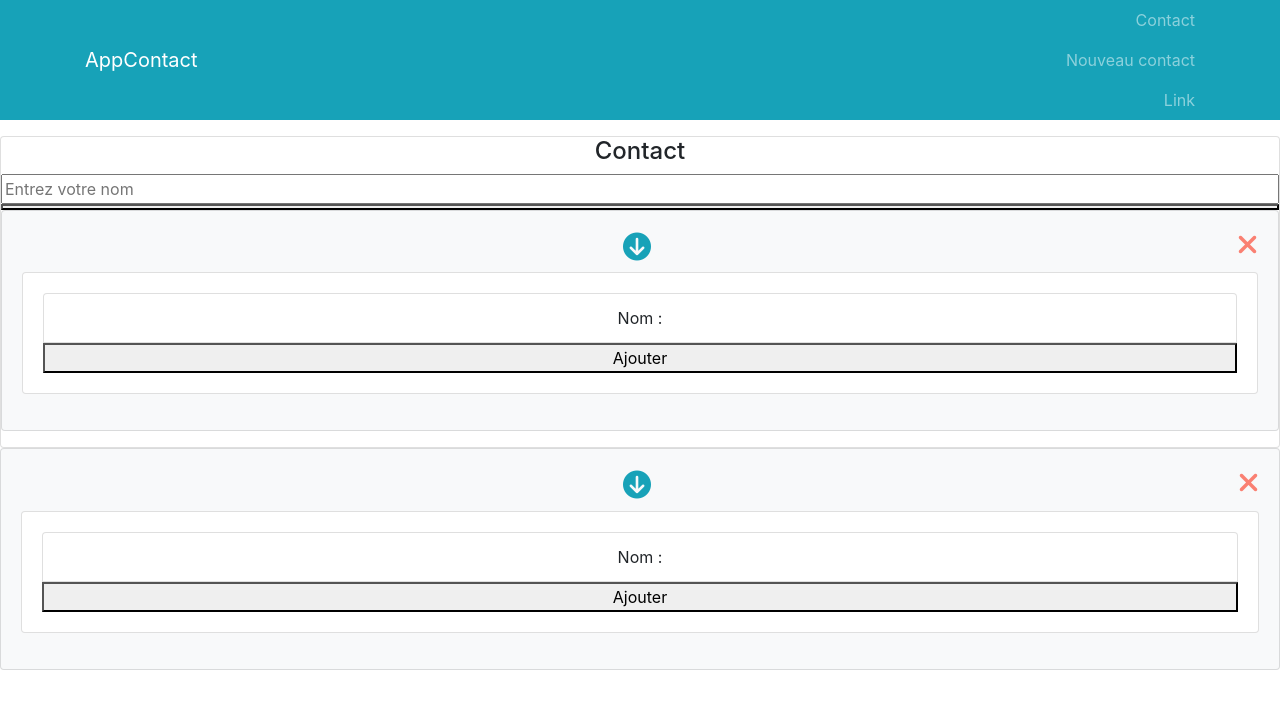
Repository: romgrm/appContact
Page: /
The author's editor kept a copy of each file at every save. The page is drawn from the files as they stood at one save, then again after the next save.
The browser window is 1280 px wide. The pictures show the whole page.
Some web libraries are served in a nearby version. The project was rebuilt for these pictures with package versions that can differ from the ones it lists, and the page was loaded fresh each time. Also part of the build but not shown: src/Components/Liste.js.

Above is the page before, as saved 2020-12-03 16:23:58.

### public/index.html
<!DOCTYPE html>
<html lang="en">
  <head>
    <meta charset="utf-8" />
    <link rel="icon" href="%PUBLIC_URL%/favicon.ico" />
    <meta name="viewport" content="width=device-width, initial-scale=1" />
    <meta name="theme-color" content="#000000" />
    <meta
      name="description"
      content="Web site created using create-react-app"
    />
    <link rel="apple-touch-icon" href="%PUBLIC_URL%/logo192.png" />

    <link rel="manifest" href="%PUBLIC_URL%/manifest.json" />

    <title>React App</title>
  </head>
  <body>
    <noscript>You need to enable JavaScript to run this app.</noscript>
    <div id="root"></div>
    <script src="https://kit.fontawesome.com/f66925acc9.js" crossorigin="anonymous"></script>

  </body>
</html>

### src/App.js
import Header from './Components/Header'
import Liste from './Components/Liste'
import Contact from './Components/Contact'

import 'bootstrap/dist/css/bootstrap.min.css'
import AddContact from './Components/AddContact'


function App() {
  return (
    <div className="App">
       <Header />
      <AddContact />
      <Contact />
      {/* // <div className="container pt-4">
      //   <Contact />
      // </div> */}
    </div>
  );
}

export default App;

### src/Components/Header.js
import React, { Component } from 'react'

export default class Header extends Component {
    render() {
        return (
            <React.Fragment>
                <nav className="navbar navbar-dark bg-info mb-3 py-0">
                    <div className="container">
                        <a href="/" className="navbar-brand">AppContact</a>
                        <ul className="navbar-nav">
                            <li className="nav-item ml-auto">
                                <a className="nav-link " href="#">Contact</a>
                            </li>
                            <li className="nav-item ml-auto">
                                <a className="nav-link" href="#">Nouveau contact</a>
                            </li>
                            <li className="nav-item ml-auto">
                                <a className="nav-link" href="#">Link</a>
                            </li>
                        </ul>
                    </div>
                </nav>

            </React.Fragment>

        )
    }
}

### src/Components/Contact.js
import React, { Component } from 'react'

export default class Contact extends Component {

    state = {
        show: true,

    }



    // onChange = (event) => {
    //     this.setState({
    //         nom: event.target.value
    //     })
    //     //console.log(this.state.entreeClavier)
    // }

    // onSubmit = (event) => {
    //     event.preventDefault();
    //     this.setState({
    //         nom: '',
    //         nom: this.state.nom

    //     })
    // }

    // Fonction qui permet de faire l'inverse de show (tips: on fait une fonction flechée car les fonctions simple ne peuvent être référencées avec le this.nomdelafunction)
    display = () => {
        this.setState({
            show: !this.state.show
        }, console.log(this.state.show))
    }

    // Fonction qui permet de récupérer la fonction anonyme Delete() qui va permettre de supprimer un contact via son Id (l'id courant) et cette function va elle-même s'executer via le clic sur la croix
    // deleteContact = () => {
    //     this.props.Delete()
    // }

    render() {
        return (
            <div className="card card-body bg-light text-center mb-3">
                <p className="h3">{this.props.Contact}&nbsp; <i style={{cursor: 'pointer', color: '#18A2B8'}} className="fas fa-arrow-circle-down"
                onClick={this.display}></i>
                <i className="fas fa-times" style={{float:'right', cursor: 'pointer', color: 'salmon'}}
                // onClick={this.deleteContact}
                ></i>
                </p>
                {/*Opération ternaire qui permet de dire : est ce que le show de state est 'true' ? si oui, affiche moi les données, si non, return null, donc cache les */}
                {this.state.show ? (
                    <ul className="card card-body">
                    <li className="list-group-item"> Nom : {this.props.data}</li>
                    <button onClick={this.onSubmit}> Ajouter</button>
                    {/* <li className="list-group-item"> Prénom : {this.props.Prenom}</li>
                    <li className="list-group-item"> Mail : {this.props.Mail}</li> */}
                </ul>
                ) : null}
            </div>
        )
    }
}

### src/Components/AddContact.js
import React, { Component } from 'react'
import Contact from './Contact'

export default class AddContact extends Component {

    state = {
        nom: '',
        prenom: '',
        mail: ''
    }

    onChange=(event) => {
        this.setState({
            nom: event.target.value
        })
    }

    onSubmit=(event)=> {
        this.setState({
            nom: '',
            nom: this.state.nom
        }, console.log(this.state.nom))
    }
    render() {
        return (
            <div className="card body-card text-center">
                <h4>Contact</h4>
                <input
                name="Nom"
                placeholder="Entrez votre nom"
                onChange={this.onChange}
                value= {this.state.nom}
                ></input>
                <button onClick={this.onSubmit}></button>
                <Contact data = {this.state.nom}/>
            </div>
        )
    }
}

Loaded but not shown: src/index.js (common file)

After the next save:
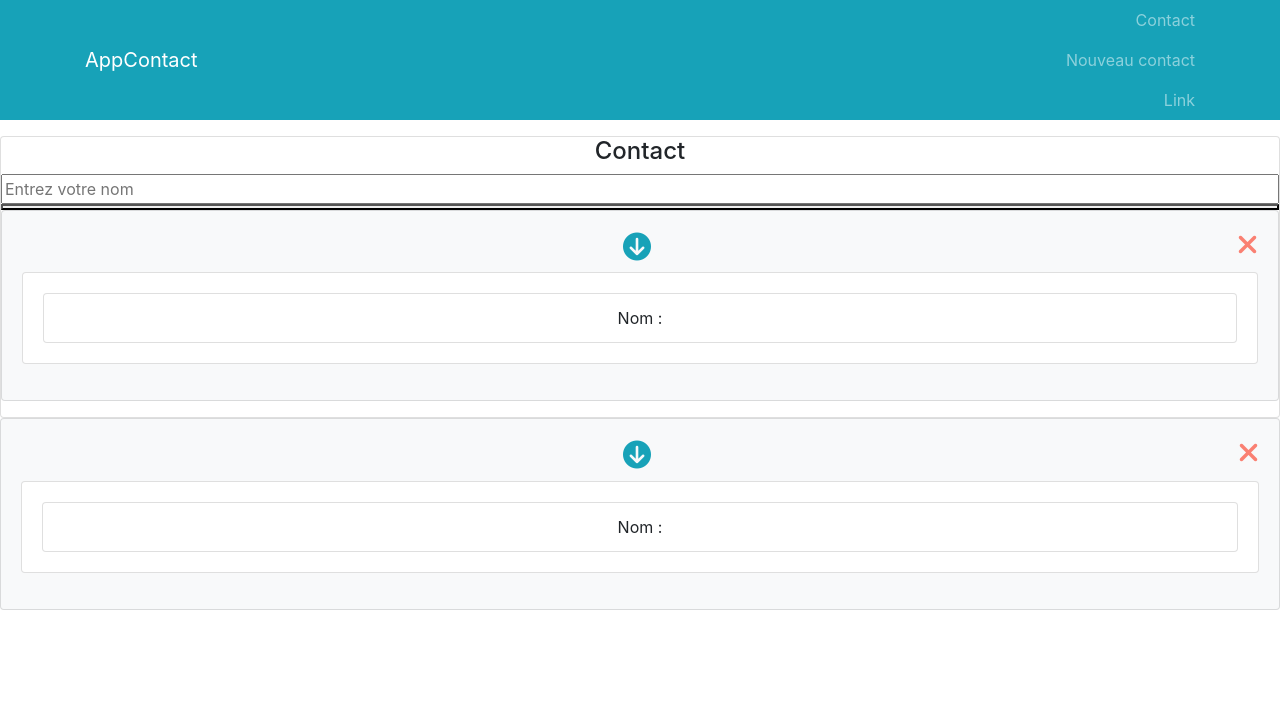
Saved 5 min 43 s later.
--- a/src/Components/Contact.js
+++ b/src/Components/Contact.js
@@ -50,7 +50,6 @@ export default class Contact extends Component {
                 {this.state.show ? (
                     <ul className="card card-body">
                     <li className="list-group-item"> Nom : {this.props.data}</li>
-                    <button onClick={this.onSubmit}> Ajouter</button>
                     {/* <li className="list-group-item"> Prénom : {this.props.Prenom}</li>
                     <li className="list-group-item"> Mail : {this.props.Mail}</li> */}
                 </ul>
